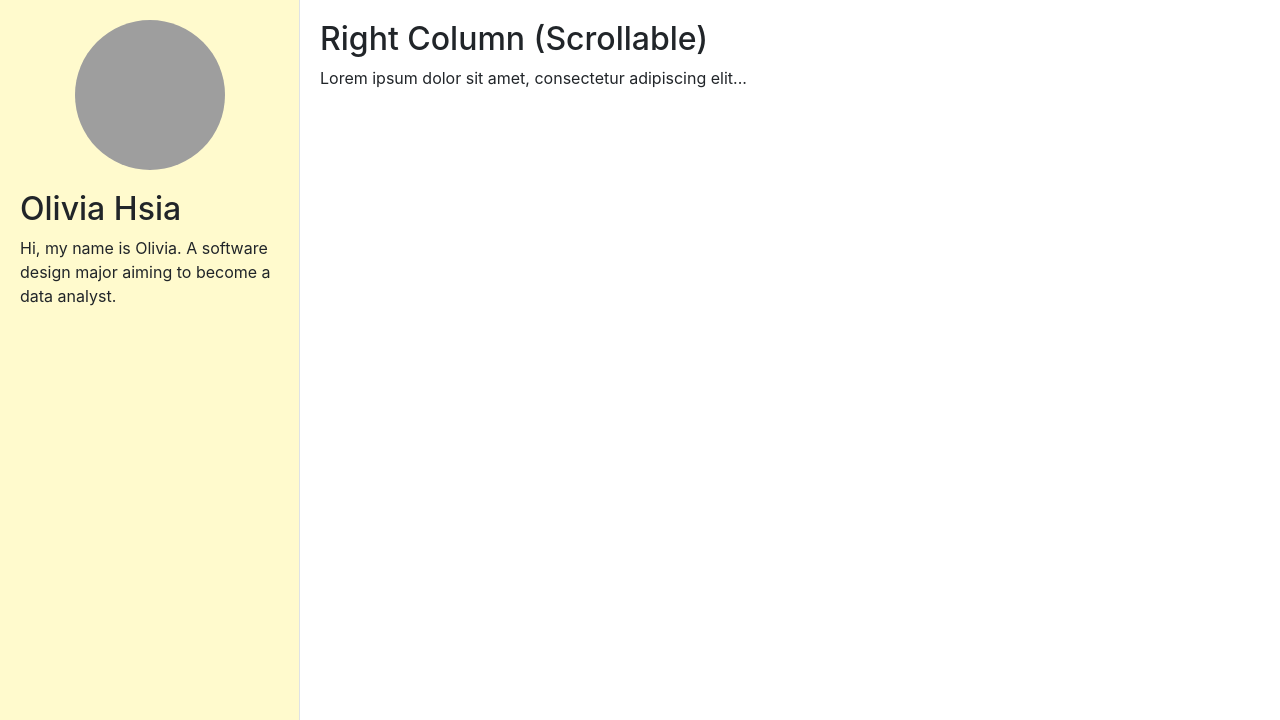
Repository: oliviahsia/FinalProject
Page: src/main/webapp/WEB-INF/main.html
The author's editor kept a copy of each file at every save. The page is drawn from the files as they stood at one save, then again after a run of saves.
The browser window is 1280 px wide. The pictures show the whole page.
Pictures or frames that could not be fetched are drawn as grey boxes. An inner scrolling area shows only its first screen. Some web libraries are served in a nearby version.

Above is the page before, as saved 2024-03-08 13:11:14.

### src/main/webapp/WEB-INF/main.html
<!DOCTYPE html>
<html lang="en">

<head>
  <meta charset="UTF-8">
  <meta name="viewport" content="width=device-width, initial-scale=1.0">
  <title>Olivia's Portfolio</title>

  <!-- Bootstrap CSS -->
  <link rel="stylesheet" href="https://stackpath.bootstrapcdn.com/bootstrap/4.5.2/css/bootstrap.min.css">

  <!-- External CSS File -->
  <link rel="stylesheet" href="main.css">
</head>

<body>
  <div class="fixed-left">
    <!-- Content in left column -->
    <img src="https://lh3.googleusercontent.com/a/ACg8ocKWVQM9hWLLmIxDOQ-8DDjxv5seJuP0P7FXzxbhLupS1Ffm=s576-c-no" alt="Olivia Hsia" class="profile-pic">
    <h2>Olivia Hsia</h2>
    <p>Hi, my name is Olivia. A software design major aiming to become a data analyst. </p>
  </div>

  <div class="scrollable-right">
    <!-- Content in right column -->
    <h2>Right Column (Scrollable)</h2>
    <p>Lorem ipsum dolor sit amet, consectetur adipiscing elit...</p>
    <!-- Add more content as needed to enable scrolling -->
  </div>

  <!-- Bootstrap JS and dependencies (Optional) -->
  <script src="https://code.jquery.com/jquery-3.5.1.slim.min.js"></script>
  <script src="https://cdn.jsdelivr.net/npm/@popperjs/core@2.5.4/dist/umd/popper.min.js"></script>
  <script src="https://stackpath.bootstrapcdn.com/bootstrap/4.5.2/js/bootstrap.min.js"></script>
</body>

</html>

### src/main/webapp/WEB-INF/main.css
/* Custom styles */
body,
html {
  height: 100%;
  margin: 0;
  /* Remove default margin */
}

.fixed-left {
  position: fixed;
  top: 0;
  left: 0;
  width: 300px;
  /* Set the width of the left column */
  height: 100%;
  background-color: #FFFACD;
  /* Goose yellow for the left column */
  border-right: 1px solid #dee2e6;
  /* Optional border */
  overflow-x: hidden;
  /* Prevent horizontal scrollbar */
  padding: 20px;
  /* Optional padding */
}

.profile-pic {
  width: 150px;
  /* Adjust the size as needed */
  height: 150px;
  /* Adjust the size as needed */
  border-radius: 50%;
  /* Makes the image round */
  display: block;
  /* To center the image in the div */
  margin: 0 auto 20px;
  /* Centers the image and adds space below */
}

.scrollable-right {
  margin-left: 300px;
  /* Same as the width of the left column */
  padding: 20px;
  height: 100%;
  overflow-y: auto;
  /* Enable vertical scrollbar if content overflows */
  background-color: #FFFFFF;
  /* White for the right column */
}

After the next 2 saves:
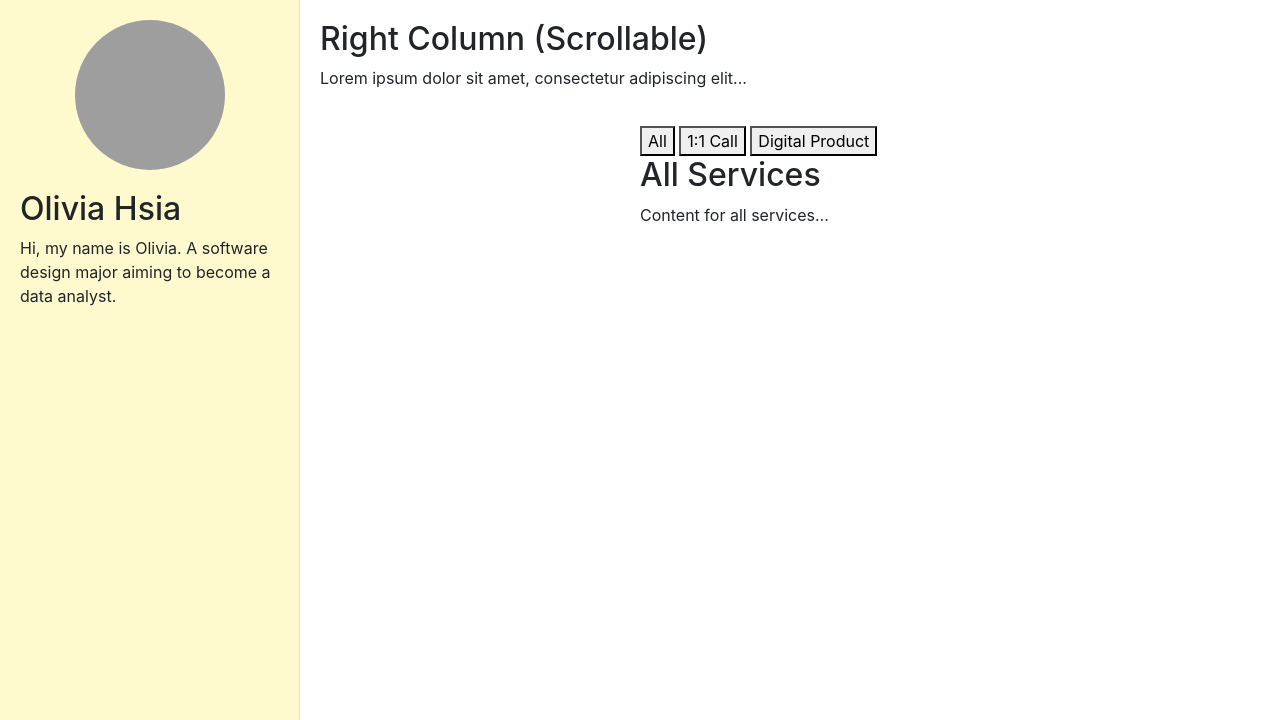
The 2 saves are shown as one change because they came seconds apart.
The last was saved 2 min 1 s later.
--- a/src/main/webapp/WEB-INF/main.html
+++ b/src/main/webapp/WEB-INF/main.html
@@ -25,6 +25,30 @@
     <!-- Content in right column -->
     <h2>Right Column (Scrollable)</h2>
     <p>Lorem ipsum dolor sit amet, consectetur adipiscing elit...</p>
+
+    <div class="scrollable-right">
+      <!-- Navigation buttons -->
+      <div class="navigation-buttons">
+        <button onclick="showSection('all')">All</button>
+        <button onclick="showSection('call')">1:1 Call</button>
+        <button onclick="showSection('digital')">Digital Product</button>
+      </div>
+
+      <!-- Content sections -->
+      <div id="all" class="content-section">
+        <h2>All Services</h2>
+        <p>Content for all services...</p>
+      </div>
+      <div id="call" class="content-section" style="display: none;">
+        <h2>1:1 Calls</h2>
+        <p>Content for 1:1 calls...</p>
+      </div>
+      <div id="digital" class="content-section" style="display: none;">
+        <h2>Digital Products</h2>
+        <p>Content for digital products...</p>
+      </div>
+    </div>
+
     <!-- Add more content as needed to enable scrolling -->
   </div>
 
